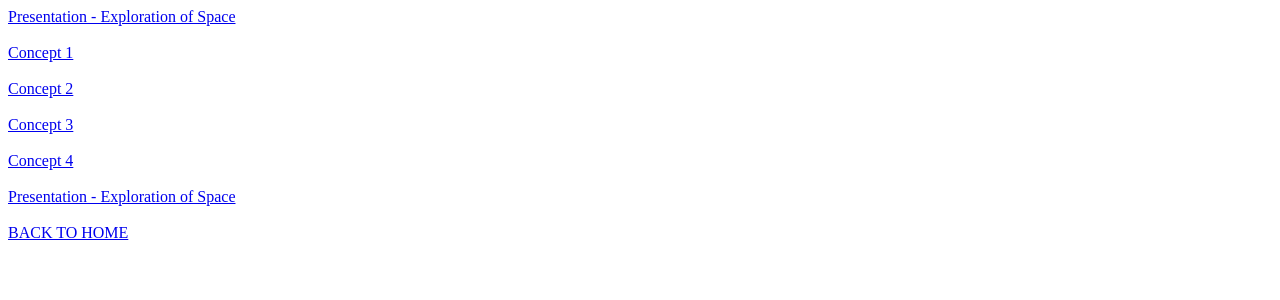
Repository: diasm568/diasm568.github.io
Page: studio/project1.html
The author's editor kept a record of every edit. The page is drawn from the files as they stood at one moment, then again after the next edit.
The browser window is 1280 px wide. The pictures show the whole page.

Above is the page before.

### studio/project1.html
 <a href="presentation.pdf">Presentation - Exploration of Space</a>
<br>
<br>
 <a href="presentation.pdf">Concept 1</a>
<br>
<br>
 <a href="presentation.pdf">Concept 2</a>
<br>
<br>
 <a href="presentation.pdf">Concept 3</a>
<br>
<br>
 <a href="presentation.pdf">Concept 4</a>
<br>
<br>
 <a href="presentation.pdf">Presentation - Exploration of Space</a>
<br>
<br>
<a href="../index.html">BACK TO HOME</a>

After the next edit:
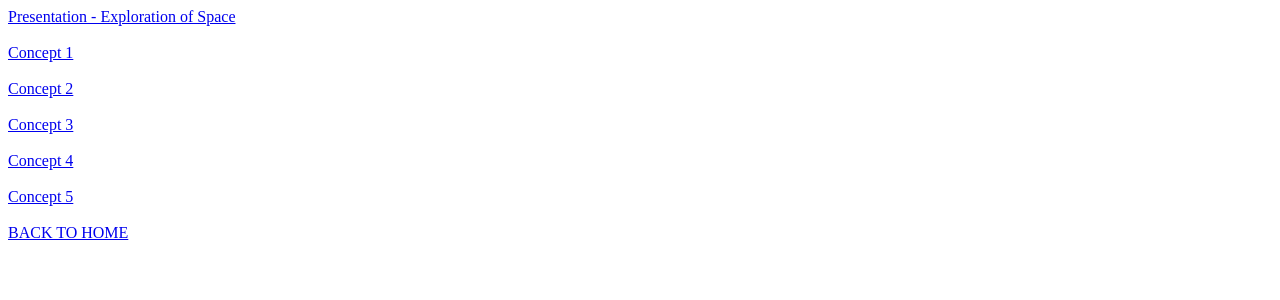
The edit:
--- a/studio/project1.html
+++ b/studio/project1.html
@@ -13,7 +13,7 @@
  <a href="presentation.pdf">Concept 4</a>
 <br>
 <br>
- <a href="presentation.pdf">Presentation - Exploration of Space</a>
+ <a href="presentation.pdf">Concept 5</a>
 <br>
 <br>
 <a href="../index.html">BACK TO HOME</a>
